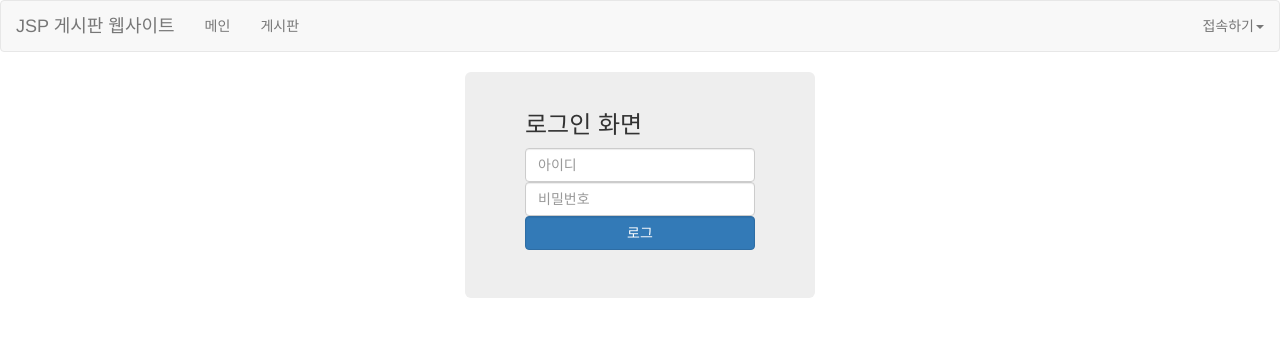
Repository: Minsu9130/JSP-
Page: http://localhost/BBS/join.jsp
An editor plug-in stored every save of this project. The page is shown before and after the next save, followed by the edit.
The browser window is 1280 px wide. The pictures show the whole page.
Some web libraries are served in a nearby version. The page is served by Tomcat 9.

Above is the page before, as saved 2021-07-01 12:39:47.

After the next save:
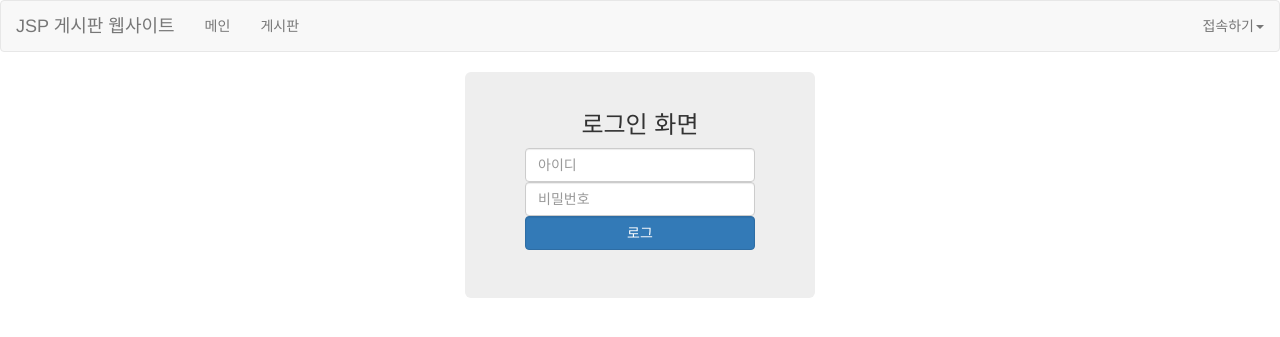
Saved 26 s later.
--- a/BBS/WebContent/join.jsp
+++ b/BBS/WebContent/join.jsp
@@ -42,7 +42,7 @@
 		<div class="col-lg-4">
 			<div class="jumbotron" style="padding-top: 20px;">
 				<form method="post" action="loginAction.jsp">
-					<h3 style="text-aligh:center;">로그인 화면</h3>
+					<h3 style="text-align:center;">로그인 화면</h3>
 					<div class="form=group">
 						<input type="text" class="form-control" placeholder="아이디" name="userID" maxlength="20">
 					</div>
